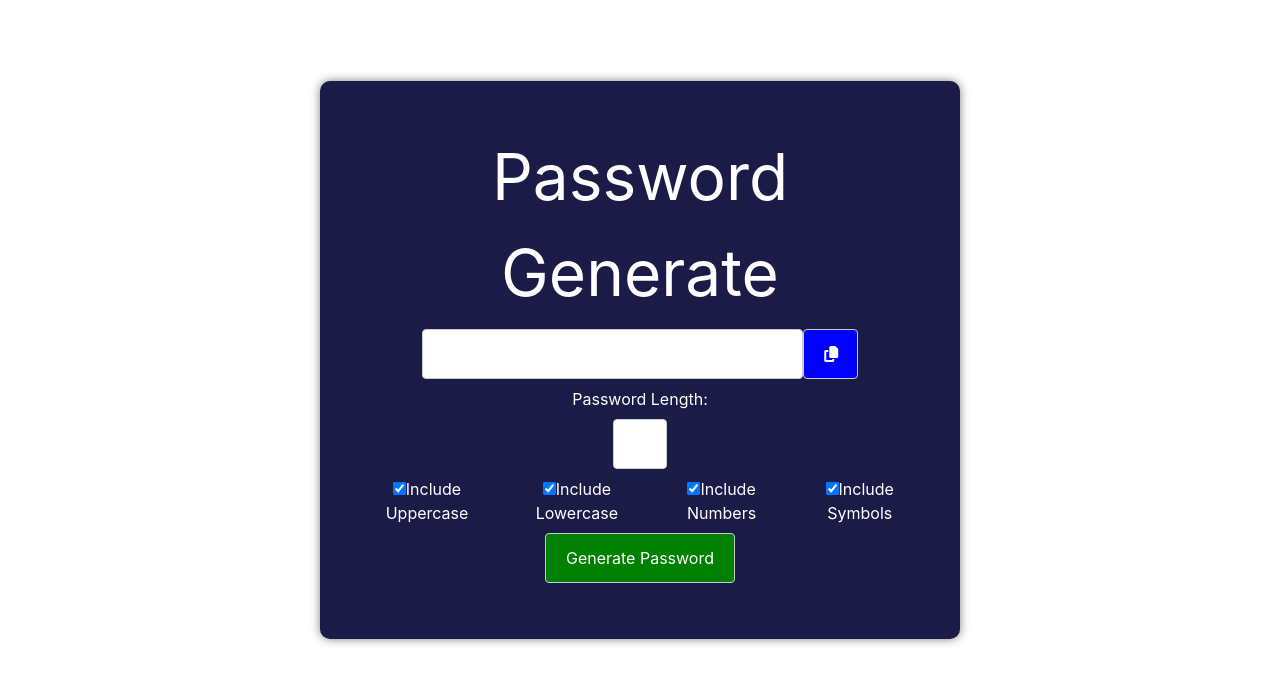
Repository: sriram1224/Password-generator
Page: / (app in password-generator/)
An editor plug-in stored every save of this project. The page is shown before and after the next save, followed by the edit.
The browser window is 1280 px wide. The pictures show the whole page.
Some web libraries are served in a nearby version. The project was rebuilt for these pictures with package versions that can differ from the ones it lists, and the page was loaded fresh each time.

Above is the page before, as saved 2024-03-10 21:57:16.

### password-generator/public/index.html
<!DOCTYPE html>
<html lang="en">

<head>
  <meta charset="utf-8" />
  <link rel="icon" href="%PUBLIC_URL%/favicon.ico" />
  <meta name="viewport" content="width=device-width, initial-scale=1" />
  <meta name="theme-color" content="#000000" />
  <meta name="description" content="Web site created using create-react-app" />

  <link rel="apple-touch-icon" href="%PUBLIC_URL%/logo192.png" />
  <link rel="stylesheet" href="https://cdnjs.cloudflare.com/ajax/libs/font-awesome/6.5.1/css/all.min.css"
    integrity="sha512-DTOQO9RWCH3ppGqcWaEA1BIZOC6xxalwEsw9c2QQeAIftl+Vegovlnee1c9QX4TctnWMn13TZye+giMm8e2LwA=="
    crossorigin="anonymous" referrerpolicy="no-referrer" />
  <link rel="manifest" href="%PUBLIC_URL%/manifest.json" />

  <title>React App</title>
</head>

<body>
  <noscript>You need to enable JavaScript to run this app.</noscript>
  <div id="root"></div>
  <script src="https://cdn.tailwindcss.com"></script>
</body>

</html>

### password-generator/src/App.js
import PasswordGenerator from './Components/content.js';
import './App.css';

function App() {
  return (
    <div className="App">
       <PasswordGenerator />

    </div>
  );
}

export default App;

### password-generator/src/Components/content.js
import React, { useState } from 'react';
import "./content.css"
const PasswordGenerator = () => {
  const [includeUppercase, setIncludeUppercase] = useState(true);

    const [includeLowercase, setIncludeLowercase] = useState(true);
  const [includeNumbers, setIncludeNumbers] = useState(true);

    const [includeSymbols, setIncludeSymbols] = useState(true);
  const [password, setPassword] = useState('');
  const [passwordLength, setPasswordLength] = useState(8);

  const generatePassword = () => {


      const uppercaseChars = 'ABCDEFGHIJKLMNOPQRSTUVWXYZ';
    const lowercaseChars = 'abcdefghijklmnopqrstuvwxyz';
    const numberChars = '0123456789';

      const symbolChars = '!@#$%^&*()_+-=[]{}|;:,.<>?';

    let chars = '';
    if (includeUppercase) chars += uppercaseChars;

      if (includeLowercase) chars += lowercaseChars;
    if (includeNumbers) chars += numberChars;

      if (includeSymbols) chars += symbolChars;

    let generatedPassword = '';

      for (let i = 0; i < passwordLength; i++) {
      const randomIndex = Math.floor(Math.random() * chars.length);
      generatedPassword += chars[randomIndex];
    }

      setPassword(generatedPassword);
  };

  const copyToClipboard = () => {
    navigator.clipboard.writeText(password);
  };

  return (
    <div class="main">

      <h1>Password Generate</h1>
      <div>
        <input type="text" readOnly value={password} class="text-input"	 />
        <button onClick={copyToClipboard} class="copy"><i class="fa-solid fa-copy"></i></button>
          </div>
          <div>
        <label>
                  Password Length:
                  <br></br>
          <input type="number" value={passwordLength} class="input-numbers" onChange={(e) => setPasswordLength(parseInt(e.target.value))} />
        </label>
          </div>
          <div class="checkboxed">
               <div>
        <label>
          <input type="checkbox" checked={includeUppercase} onChange={() => setIncludeUppercase(!includeUppercase)} />
          Include Uppercase
        </label>
      </div>
      <div>
        <label>
          <input type="checkbox" checked={includeLowercase} onChange={() => setIncludeLowercase(!includeLowercase)} />
          Include Lowercase
        </label>
      </div>
      <div>
        <label>
          <input type="checkbox" checked={includeNumbers} onChange={() => setIncludeNumbers(!includeNumbers)} />
          Include Numbers
        </label>
      </div>
      <div>
        <label>
          <input type="checkbox" checked={includeSymbols} onChange={() => setIncludeSymbols(!includeSymbols)} />
          Include Symbols
        </label>
              </div>
            </div>

          <button onClick={generatePassword} class="generate">Generate Password</button>
    </div>
  );
};

export default PasswordGenerator;

### password-generator/src/Components/content.css
.text-input{
    width: 70%;
    padding: 12px 20px;
    margin: 8px 0;
    display: inline-block;
    border: 1px solid #ccc;
    border-radius: 4px;
    box-sizing: border-box;
}
.copy{
    width: 10%;
    padding: 12px 20px;
    margin: 8px 0;
    display: inline-block;
    border: 1px solid #ccc;
    border-radius: 4px;
    box-sizing: border-box;
    background-color: blue;
    color: white;
}
.checkboxed{
    display: flex;
    gap: 2rem;
}
.generate{

    padding: 12px 20px;
    margin: 8px 0;
    display: inline-block;
    border: 1px solid #ccc;
    border-radius: 4px;
    box-sizing: border-box;
    background-color: green;
    color: white;
}
.input-numbers{
    width: 10%;
    padding: 12px 5px;
    margin: 8px 0;
    display: inline-block;
    border: 1px solid #ccc;
    border-radius: 4px;
    box-sizing: border-box;
}
@media screen and (max-width: 1100px) {


    .generate,
    .input-numbers {
        width: 100%;
    }

    .checkboxed {
        flex-direction: column;
        gap: 1rem;
    }
}
.main {
    padding: 3rem;
    border-radius:10px;
    background-color:rgb(27, 27, 71);
    color:white;
    box-shadow: 0px 0px 10px rgba(0, 0, 0, 0.5);
    /* Adjust as needed */
    position: absolute;
    top: 50%;
    left: 50%;
    transform: translate(-50%, -50%);
    /* Add width and height if necessary */
}
.main h1{
    font-size: 4rem;
}

Loaded but not shown: password-generator/src/index.js (common file); password-generator/src/index.css (common file); password-generator/src/reportWebVitals.js (common file); password-generator/src/App.css (common file)

After the next save:
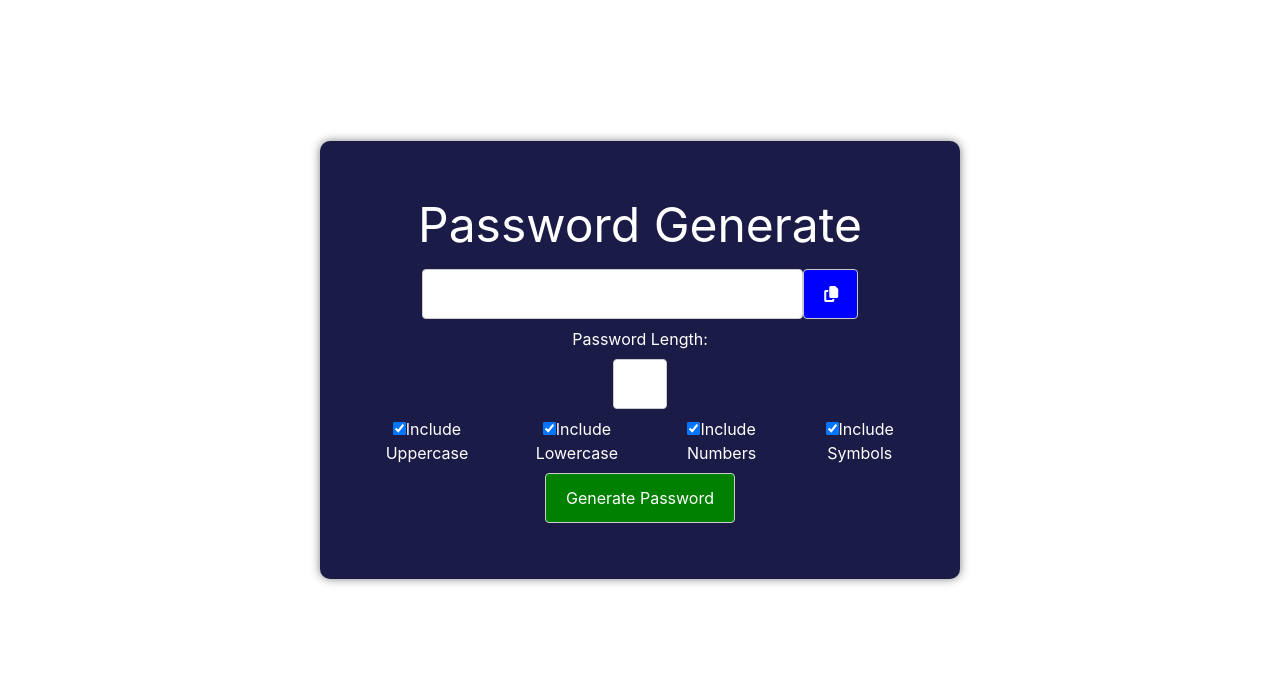
Saved 7 s later.
--- a/password-generator/src/Components/content.css
+++ b/password-generator/src/Components/content.css
@@ -69,5 +69,5 @@
     /* Add width and height if necessary */
 }
 .main h1{
-    font-size: 4rem;
+    font-size: 3rem;
 }
